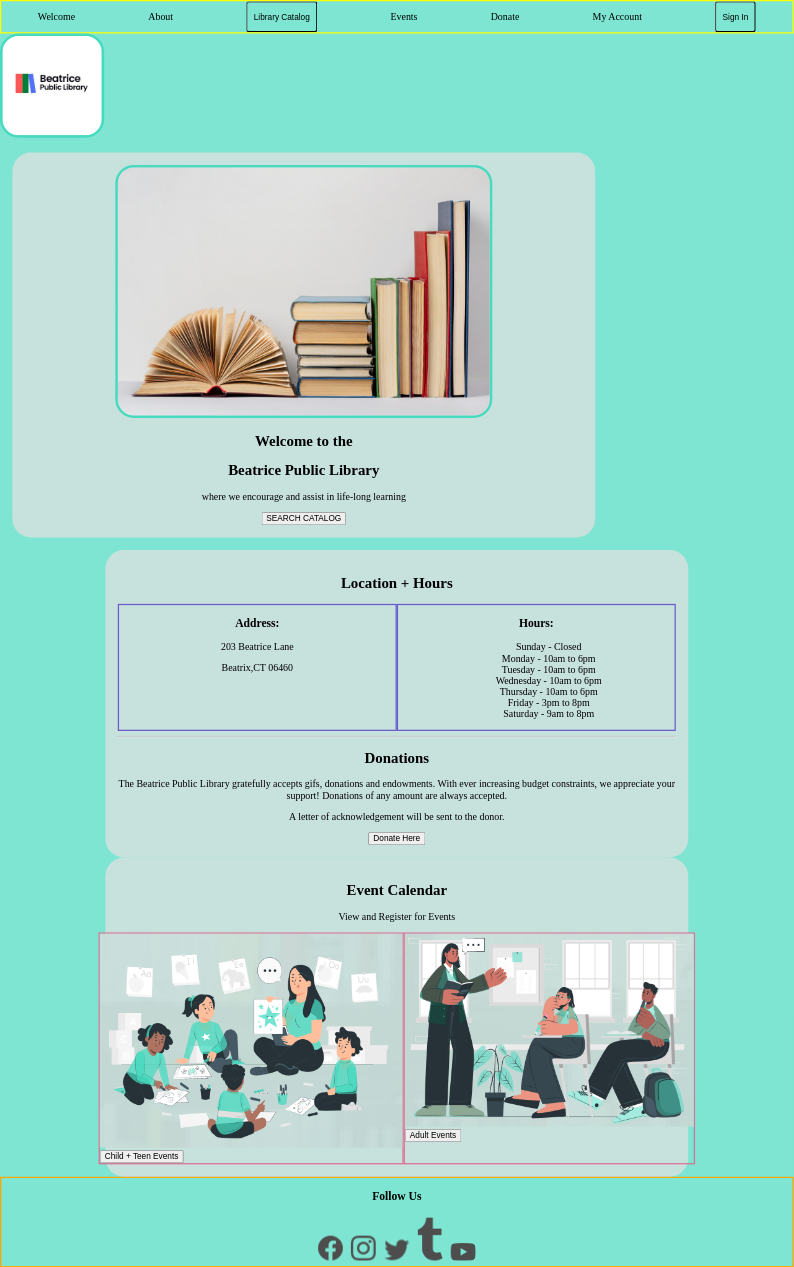
Repository: cokoduwa/RA-Wk5-Library
Page: index.html
The author's editor kept a copy of each file at every save. The page is drawn from the files as they stood at one save, then again after the next save.
The browser window is 1280 px wide. The pictures show the whole page, at 62% of full size.

Above is the page before, as saved 2023-01-17 21:53:59.

### index.html
<!DOCTYPE html>
<html lang="en">
<head>
    <meta charset="UTF-8">
    <meta http-equiv="X-UA-Compatible" content="IE=edge">
    <meta name="viewport" content="width=device-width, initial-scale=1.0">
    <link rel="stylesheet" href="index.css">
    <title>Beatrice Public Library</title>
</head>
<body>
    <nav>
        <div class="menu-options">
            <p>Welcome</p>
            <p>About</p>
            <button>Library Catalog</button>
            <p>Events</p>
            <p>Donate</p>
            <p>My Account</p>
            <button>Sign In</button>
        </div>
    </nav>

    <main>

        <img id="logo" src="images/BPLcanvaLogo.jpeg" alt="BPL Logo">

        <section class="intro">
            <img src="images/books.png" alt="Books lined up">
            <h2>Welcome to the </h2>
            <h1>Beatrice Public Library</h1>
            <p>where we encourage and assist in life-long learning</p>
            <button>SEARCH CATALOG</button>
        </section>

        <section id="info">
            <h2>Location + Hours</h2>
            <div class="info">
                <div class="address">
                    <h3>Address: </h3>
                    <p>203 Beatrice Lane</p>
                    <p>Beatrix,CT 06460</p>
                </div>

                <div class="hours">
                    <h3>Hours:</h3>
                    <ul>
                        <li>Sunday - Closed</li>
                        <li>Monday - 10am to 6pm</li>
                        <li>Tuesday - 10am to 6pm</li>
                        <li>Wednesday - 10am to 6pm</li>
                        <li>Thursday - 10am to 6pm</li>
                        <li>Friday - 3pm to 8pm</li>
                        <li>Saturday - 9am to 8pm</li>
                    </ul>
                </div>

            </div>

            <hr>
            <h2>Donations</h2>
            <p>The Beatrice Public Library gratefully accepts gifs, donations and endowments. With ever
                increasing budget constraints, we appreciate your support! Donations of any amount are
                always accepted.</p>
            <p>A letter of acknowledgement will be sent to the donor.</p>
            <button>Donate Here</button>
        </section>

        <section class="events">
            <h2>Event Calendar</h2>
            <p>View and Register for Events</p>

            <div class="event-types">
                <div class="child">
                    <img src="images/child.png" alt="Teacher and children">
                    <button>Child + Teen Events</button>
                </div>

                <div class="adult">
                    <img src="images/adults.png" alt="Teacher and adult students">
                    <button>Adult Events</button>
                </div>

            </div>


        </section>

    </main>

    <footer>
        <h3>Follow Us</h3>
        <img class="social-media-logos" src="images/facebook.png" alt="Facebook Logo">
        <img class="social-media-logos" src="images/instagram.png" alt="Instagram Logo">
        <img class="social-media-logos" src="images/twitter.png" alt="Twitter Logo">
        <img class="social-media-logos" src="images/tumblr.png" alt="Tumblr Logo">
        <img class="social-media-logos" src="images/youtube.png" alt="YouTube Logo">
    </footer>

</body>
</html>

### index.css
body {
    margin: 0;
    background: rgb(70, 218, 191, 0.7);
}

/* main {
    background-image: url(images/library.png);
    opacity: 0.3;
    background-repeat: no-repeat;
} */

nav {
    border: 2px yellow solid;
}

.menu-options{
    display: flex;
    justify-content: space-around;
}

nav button {
    background: none;
    padding: 5px 10px;
    border-radius: 5px;
}

#logo {
    border: 2px green solid;
    width: 10em;
    border-radius: 30px;
    border: 4px solid #46DABF;
}

section{
    /* border: 2px blueviolet solid; */
    background: rgba(224, 224, 224, 0.75);
    /* width: 100%; */
    width: 900px;
    margin: 0 auto;
    padding: 20px;
    border-radius: 30px;

}

.intro {
    text-align: center;
    margin: 20px;
}

.intro img {
    width: 600px;
    height: 400px;
    border-radius: 30px;
    border: 4px solid #46DABF;
}

.info {
    display:grid;
    grid-template-columns: 1fr 1fr;

}

li {
    list-style: none;
}

#info{
    text-align: center;
}

.hours, .address {
    border: 2px slateblue solid;
}

.events h2, .events p {
    text-align: center;

}

.event-types{
    display: flex;
    justify-content: center;
    /* display: grid;
    grid-template-columns: 1fr 1fr; */
}

.child, .adult {
    border: 2px palevioletred solid;
}

footer {
    border: 2px orange solid;
    text-align: center;
}

.social-media-logos{
    width: 2.5em;
    padding: .3em;
}

After the next save:
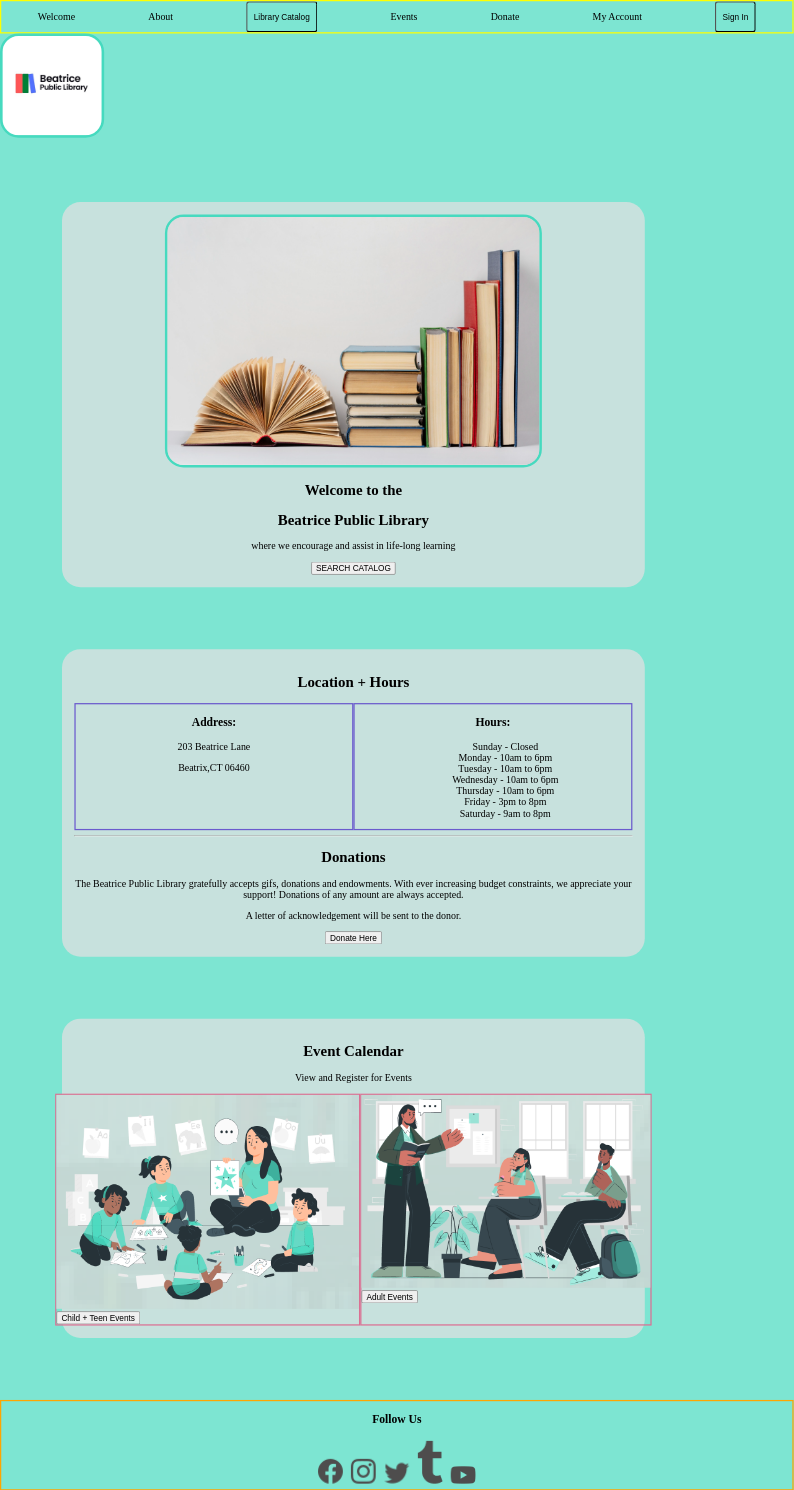
Saved 15 s later.
--- a/index.css
+++ b/index.css
@@ -36,7 +36,7 @@ section{
     background: rgba(224, 224, 224, 0.75);
     /* width: 100%; */
     width: 900px;
-    margin: 0 auto;
+    margin: 100px;
     padding: 20px;
     border-radius: 30px;
 
@@ -44,7 +44,6 @@ section{
 
 .intro {
     text-align: center;
-    margin: 20px;
 }
 
 .intro img {
